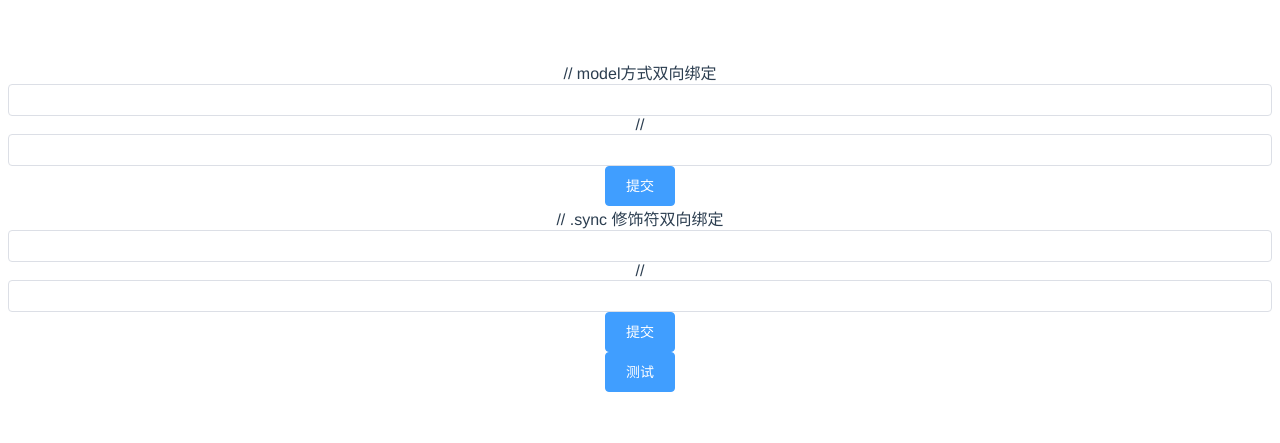
Repository: liuzhilin-lzl/vue-project
Page: /
An editor plug-in stored every save of this project. The page is shown before and after a run of saves, followed by the edit.
The browser window is 1280 px wide. The pictures show the whole page.
The project was rebuilt for these pictures with package versions that can differ from the ones it lists, and the page was loaded fresh each time.

Above is the page before, as saved 2021-11-20 21:45:15.

### src/main.js
/*
 * @Author: your name
 * @Date: 2021-10-17 12:42:10
 * @LastEditTime: 2021-11-08 17:29:31
 * @LastEditors: Please set LastEditors
 * @Description: In User Settings Edit
 * @FilePath: /vue-project/src/main.js
 */
import Vue from 'vue'
import App from './App.vue'
// import Antd from 'ant-design-vue';
import ElementUI from 'element-ui';
import 'element-ui/lib/theme-chalk/index.css';
// import 'ant-design-vue/dist/antd.css';
import "tailwindcss/tailwind.css"


Vue.config.productionTip = false;

// Vue.use(Antd);
Vue.use(ElementUI);

Vue.config.productionTip = false

new Vue({
	render: h => h(App),
}).$mount('#app')

### src/App.vue
<template>
  <div id="app">
    <Preview/>
  </div>
</template>
<script>
import Preview from '@/view/Preview'


export default {
  name: 'App',
  components: {
    Preview
  }
}
</script>

<style>
#app {
  font-family: Avenir, Helvetica, Arial, sans-serif;
  -webkit-font-smoothing: antialiased;
  -moz-osx-font-smoothing: grayscale;
  text-align: center;
  color: #2c3e50;
  margin-top: 60px;
}
</style>

### src/view/Preview.vue
<!--
 * @Author: your name
 * @Date: 2021-10-28 11:16:55
 * @LastEditTime: 2021-11-20 21:41:53
 * @LastEditors: Please set LastEditors
 * @Description: In User Settings Edit
 * @FilePath: /vue-project/src/view/Preview.vue
-->
<template>
	<div>
		<!-- <h1>通过npm npm i -s area-data</h1> -->
		<!-- <al-cascader v-model="resArr" level="3" data-type="all" size="large" @input="selectArea" />
		<h1>通过 json</h1>
		<Cascader @change="selectArea1" :default-value="defaultArea" />
		<Cascader2 @change="selectArea1" :default-value="defaultArea" />
		<el-button @click="dialogVisible = true">测试</el-button>
		<el-dialog title="提示" :visible.sync="dialogVisible" width="30%">
			<TinymceModal class="component"></TinymceModal>
		</el-dialog> -->
		<!-- <TinymceModal class="component"></TinymceModal> -->
		<!-- <CheckBoxModal v-model="checkValue"></CheckBoxModal> -->
		// model方式双向绑定
		<inputModal :changeValue.sync='text' ></inputModal>
		// .sync 修饰符双向绑定
		<inputModal :changeValue.sync='text' ></inputModal>
		<el-button type="primary" @click="onClick">测试</el-button>
	</div>
</template>
<script>
// import AlCascader from '../components/Cascader.vue';
// import Cascader from '@/components/cascader/Cascader.vue';
// import Cascader2 from '@/components/cascader/ant-design-vue';
// import TinymceModal from '@/components/tinymceModal/TinymceModal';
// import CheckBoxModal from '@/components/selectModal/checkBoxModal';
import inputModal from '@/components/selectModal/InputModal';

export default {
	name: 'App',
	components: {
		// AlCascader,
		// Cascader,
		// Cascader2,
		// TinymceModal,
		// CheckBoxModal,
		inputModal
	},
	data() {
		return {
			resArr: [],
			defaultArea: '',
			dialogVisible: false,
			checkValue: '',
			text: ''
		};
	},
	methods: {
		selectArea() {
			console.log(this.resArr);
		},
		selectArea1(selectedArea) {
			console.log(selectedArea);
		},
		onClick() {
			console.log(this.text);
		}
	},
};
</script>

<style>
#app {
	text-align: center;
	font-size: 16px;
}
</style>

### src/components/selectModal/InputModal.vue
<!--
 * @Author: your name
 * @Date: 2021-11-20 20:09:35
 * @LastEditTime: 2021-11-20 21:44:43
 * @LastEditors: Please set LastEditors
 * @Description: 打开koroFileHeader查看配置 进行设置: https://github.com/OBKoro1/koro1FileHeader/wiki/%E9%85%8D%E7%BD%AE
 * @FilePath: /vue-project/src/components/selectModal/InputModal.vue
-->

<template>
  <div>
    <el-input size="small" :value="defaultValue" @input="updateVal"></el-input>

    //
    <el-input size="small" v-model="value" ></el-input>
    <el-button type="primary" @click=submitVal>提交</el-button>
  </div>
</template>
<script>
export default {
  // model: {
  //   prop: 'defaultValue',
  //   event: 'changeValue'
  // },
  props: {
    defaultValue: {
      type: String,
      default: ''
    }
  },
  data() {
    return {
      value: ''
    };
  },
  methods: {
    // .sync 修饰符双向绑定
    updateVal(){
      this.$emit('update:changeValue',this.value)
    },
    //
    updateVal(){
      this.$emit('update:changeValue',this.value)
    }
  }
};
</script>

Loaded but not shown: public/index.html (common file)

After the next 4 saves:
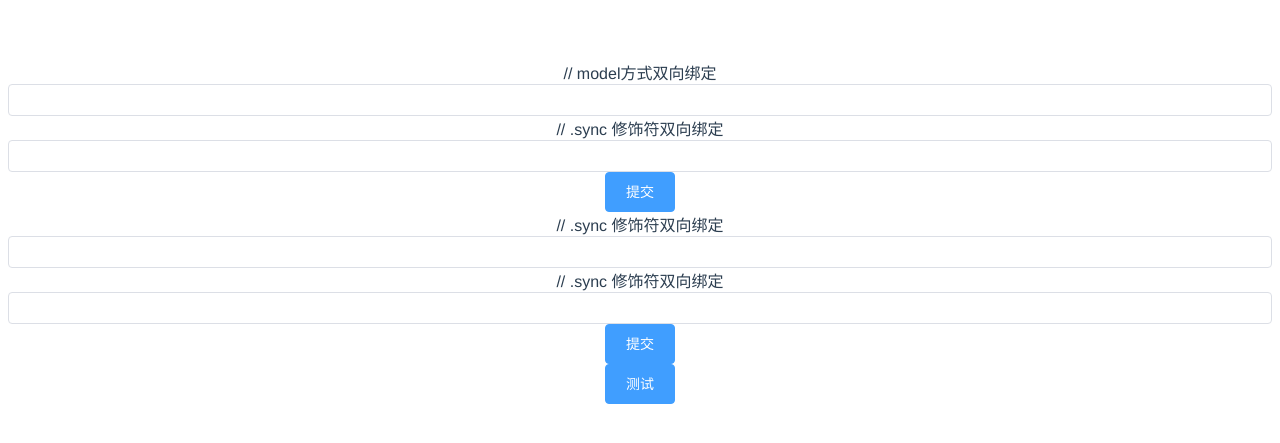
The 4 saves are shown as one change because they came seconds apart.
The last was saved 17 s later.
--- a/src/components/selectModal/InputModal.vue
+++ b/src/components/selectModal/InputModal.vue
@@ -9,9 +9,9 @@
 
 <template>
   <div>
+
     <el-input size="small" :value="defaultValue" @input="updateVal"></el-input>
-
-    //
+    // .sync 修饰符双向绑定
     <el-input size="small" v-model="value" ></el-input>
     <el-button type="primary" @click=submitVal>提交</el-button>
   </div>
